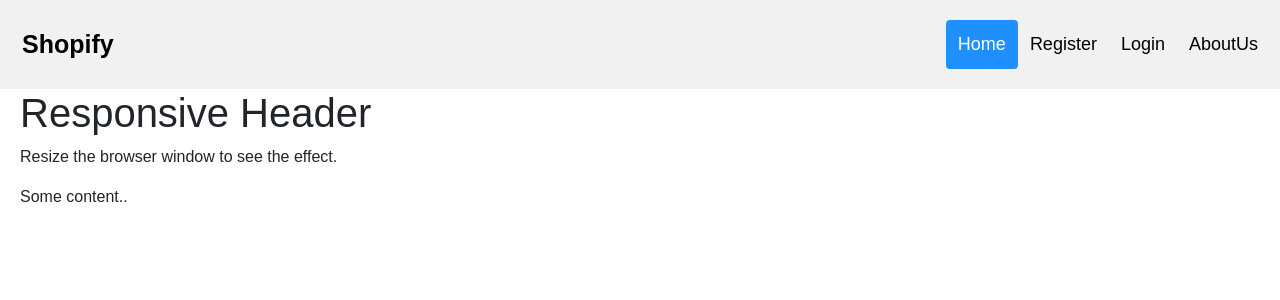
Repository: Yasmeen198/The_Project
Page: http://localhost/Shopify_Frontend/WEB-INF/views/header.jsp
These files come from the project's save history. The page is drawn as it stood at one moment and after the next save; the edit follows.
The browser window is 1280 px wide. The pictures show the whole page.
The page is served by Tomcat 9. Nobody is signed in. The template is opened directly, without the code that normally fills it, so the values that code supplies are empty.

Above is the page before, as saved 2021-05-23 08:15:01.

After the next save:
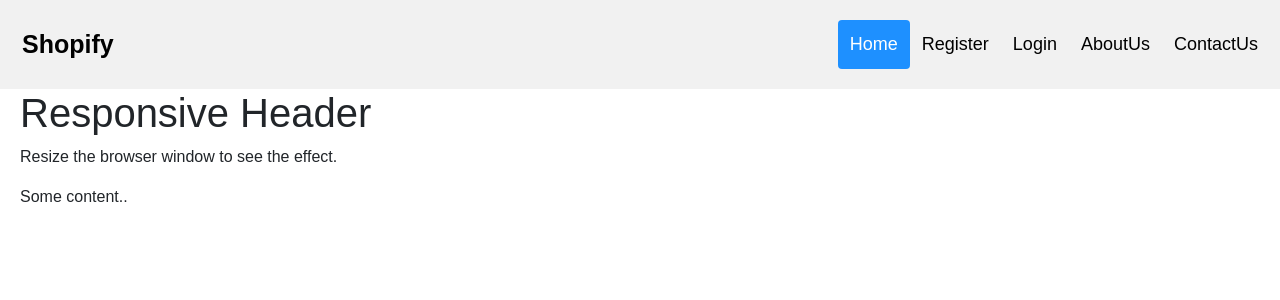
Saved 110 s later.
--- a/Shopify_Frontend/src/main/webapp/WEB-INF/views/header.jsp
+++ b/Shopify_Frontend/src/main/webapp/WEB-INF/views/header.jsp
@@ -76,6 +76,7 @@ body {
     <a href="register">Register</a>
     <a href="Login">Login</a>
     <a href="aboutUs">AboutUs</a>
+    <a href="contact">ContactUs</a>
   </div>
 </div>
 
